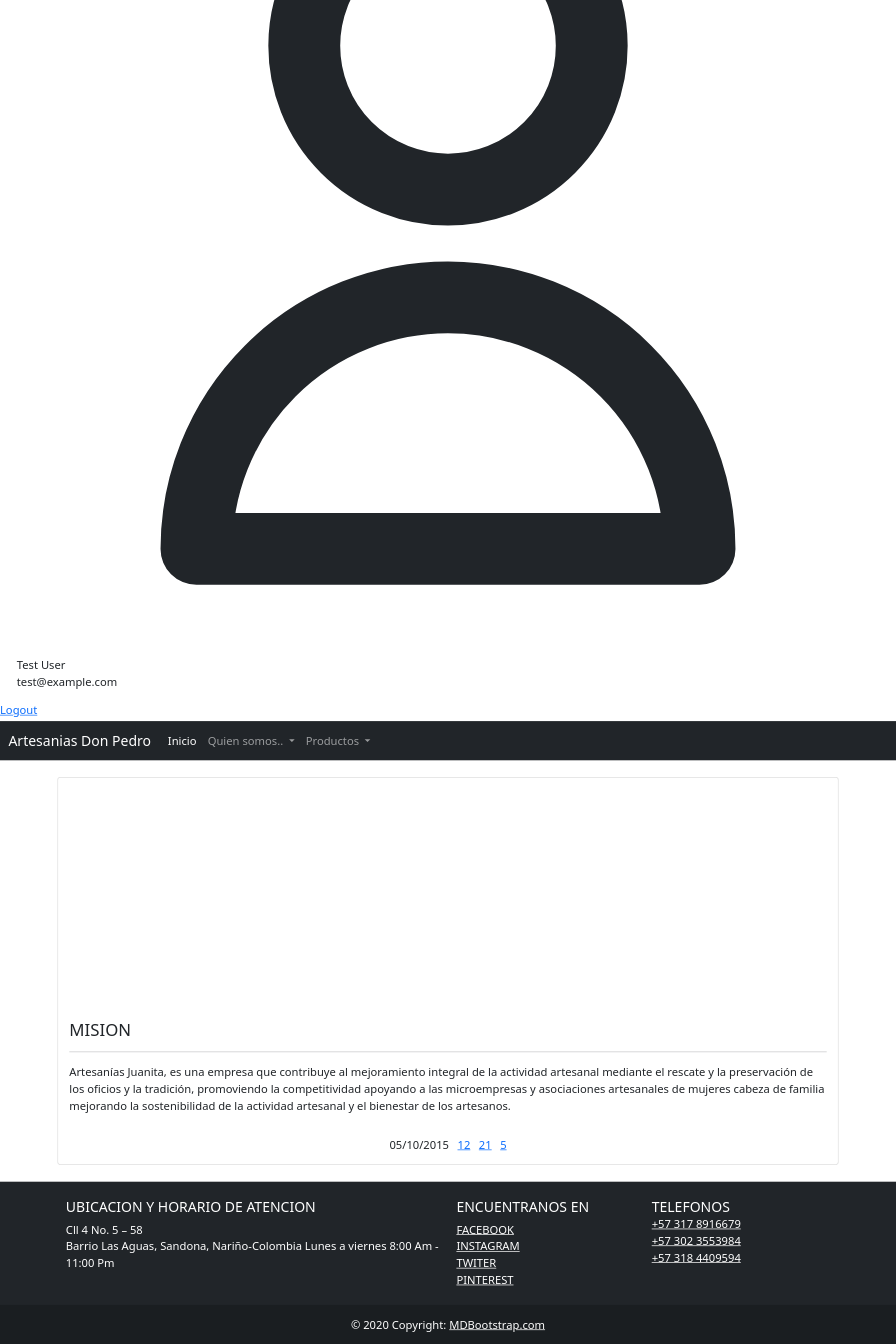
Repository: PG210/taller_artesania
Page: http://localhost/arte/mision
The author's editor kept a copy of each file at every save. The page is drawn from the files as they stood at one save, then again after the next save.
The browser window is 1280 px wide. The pictures show the part of the page from y = 1813 to 3733 px (the page is 3733 px tall), at 70% of full size.
Pictures or frames that could not be fetched are drawn as grey boxes. The page is served by the project's Laravel application, run on PHP 8.4 with Laravel 8. A made-up administrator, Test User (test@example.com), is signed in.

Above is the page before, as saved 2021-01-14 15:54:57.

After the next save:
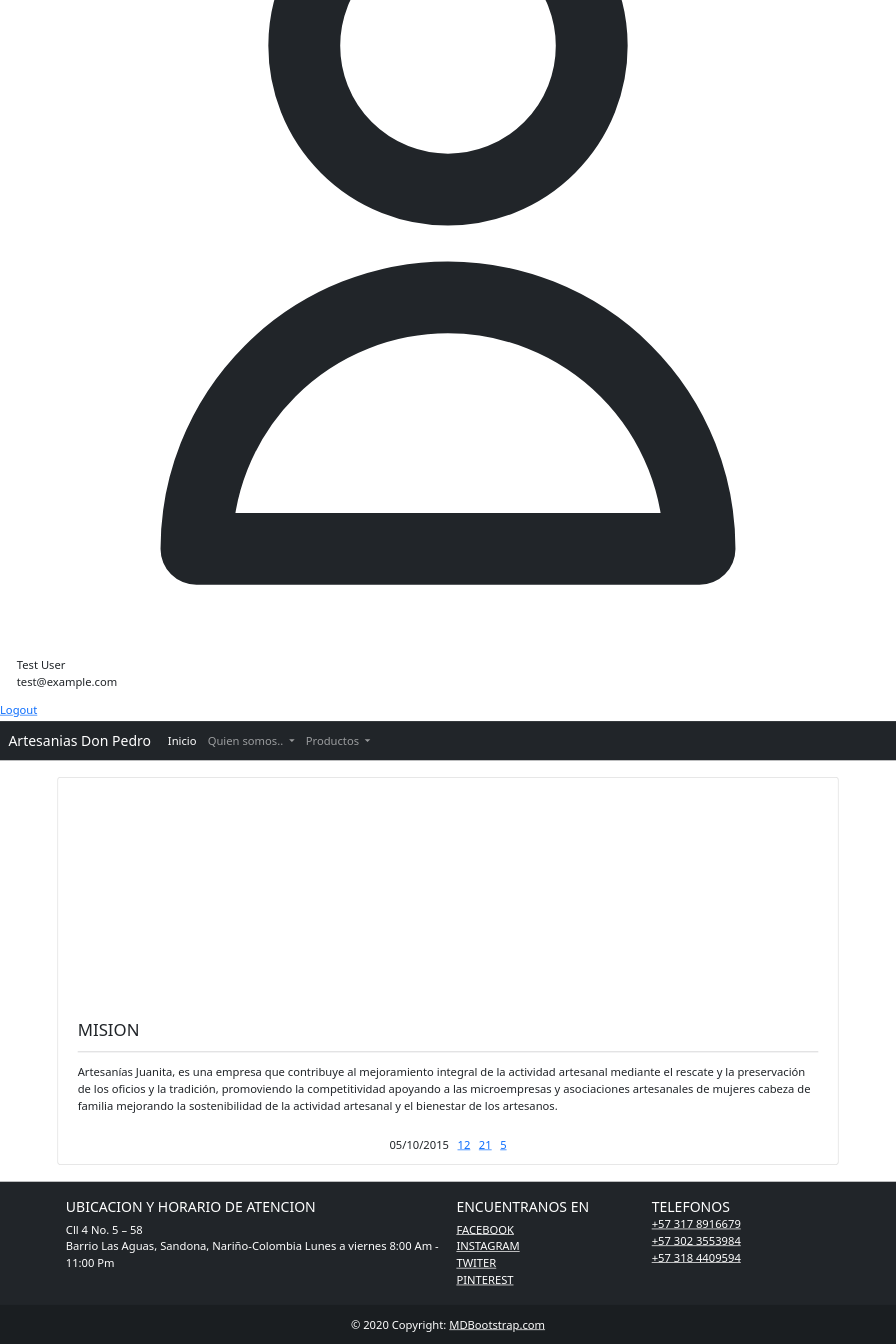
Saved 116 s later.
--- a/resources/views/arte/mision.blade.php
+++ b/resources/views/arte/mision.blade.php
@@ -5,14 +5,22 @@
 
     <!-- Card image -->
     <div class="container">
-        <br>
-        <div class="view overlay ">
-            <video loop="true " muted autoplay width="530 " height="300 ">
+
+
+        <div class="row">
+
+            <!--tarjeta 1-->
+
+            <div class="col-lg-6">
+                <br>
+                <div class="view overlay ">
+                    <video loop="true " muted autoplay width="530 " height="300 ">
                     <source src='{{url("/img/video.mp4")}}' type="video/mp4 " alt="Card image cap ">
                         <img class="card-img-top" src={{url("/img/video.mp4")}} alt="Card image cap">
                 <a>
                     <div class="mask " style=" background-color: rgba(230, 179, 179, 0.5) "></div>
                 </a>
+            </div>
             </div>
             </div>
 
